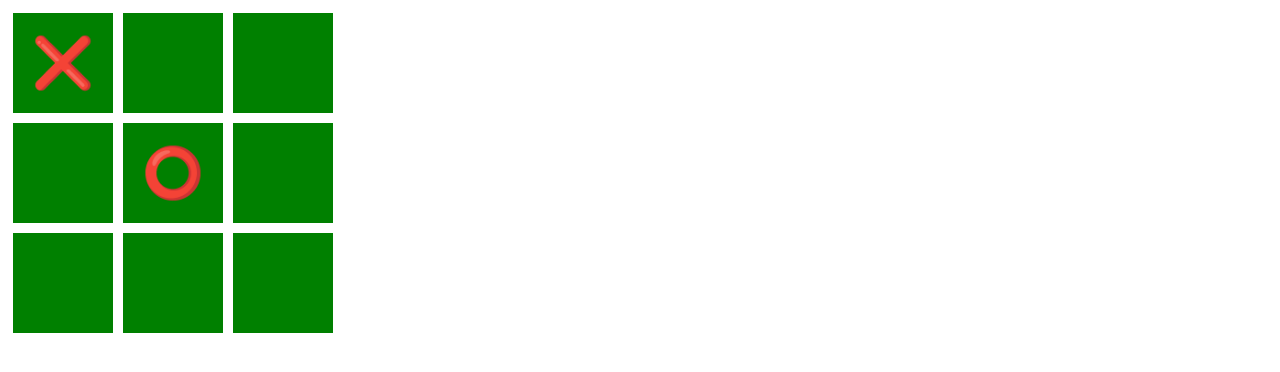
Repository: guchengjie/Frontend-01-Template
Page: week10/code2.html
An editor plug-in stored every save of this project. The page is shown before and after the next save, followed by the edit.
The browser window is 1280 px wide. The pictures show the whole page.

Above is the page before, as saved 2020-06-13 19:31:54.

After the next save:
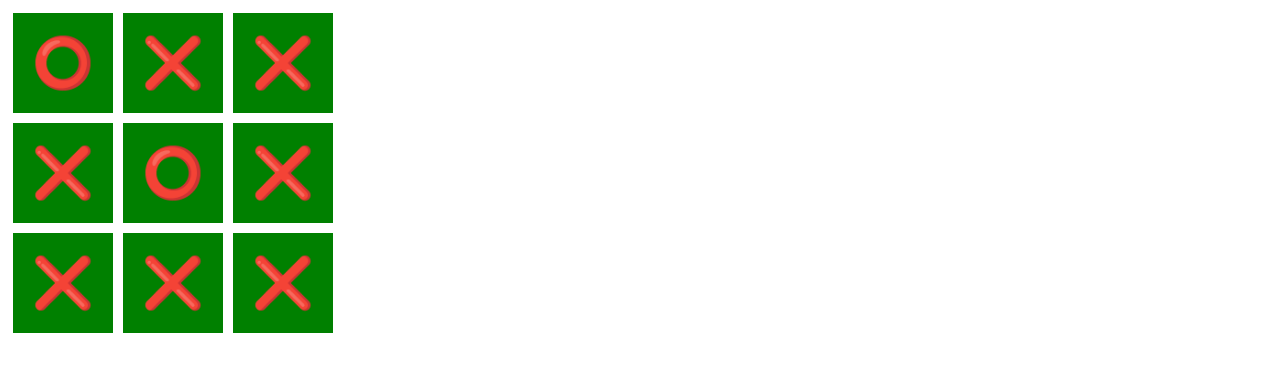
Saved 2 min 3 s later.
--- a/week10/code2.html
+++ b/week10/code2.html
@@ -43,13 +43,9 @@
         chessboard.forEach((item) => {
           item.forEach((box) => {
             const cell = document.createElement('div');
-            if (box === 1) {
-              cell.innerHTML = '⭕️';
-            } else if (box === 2) {
-              cell.innerHTML = '❌';
-            } else {
-              cell.innerHTML = '';
-            }
+            cell.innerHTML = box === 1 ? '⭕️':
+              box === 2 ? '⭕️':'❌'
+              '';
             container.appendChild(cell);
           });
         });

After the 3 saves that followed:
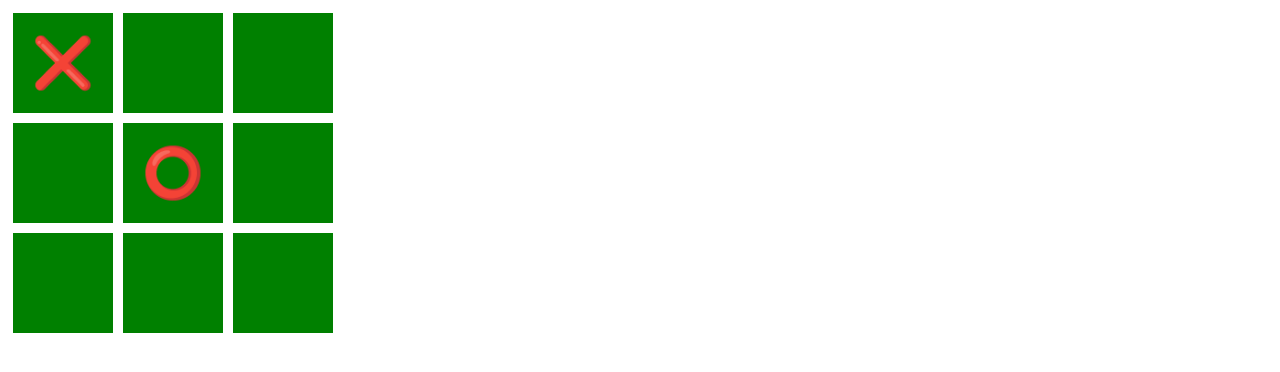
The 3 saves are shown as one change because 2 left the picture as it was.
The last was saved 31 s later.
--- a/week10/code2.html
+++ b/week10/code2.html
@@ -1,5 +1,6 @@
 <!DOCTYPE html>
 <html lang="en">
+
 <head>
   <meta charset="UTF-8">
   <meta name="viewport" content="width=device-width, initial-scale=1.0">
@@ -9,6 +10,7 @@
       width: 400px;
       height: 300px;
     }
+
     .chessboard div {
       background: green;
       width: 100px;
@@ -23,12 +25,13 @@
     }
   </style>
 </head>
+
 <body>
   <div id="box" class="chessboard">
 
   </div>
   <script>
-    window.onload = function() {
+    window.onload = function () {
       // 1 是圆圈  2是红叉
       const chessboard = [
         [2, 0, 0],
@@ -43,9 +46,10 @@
         chessboard.forEach((item) => {
           item.forEach((box) => {
             const cell = document.createElement('div');
-            cell.innerHTML = box === 1 ? '⭕️':
-              box === 2 ? '⭕️':'❌'
-              '';
+            cell.innerHTML =
+              box === 1 ? '⭕️' :
+              box === 2 ? '❌' :
+            '';
             container.appendChild(cell);
           });
         });
@@ -53,4 +57,5 @@
     }
   </script>
 </body>
+
 </html>
